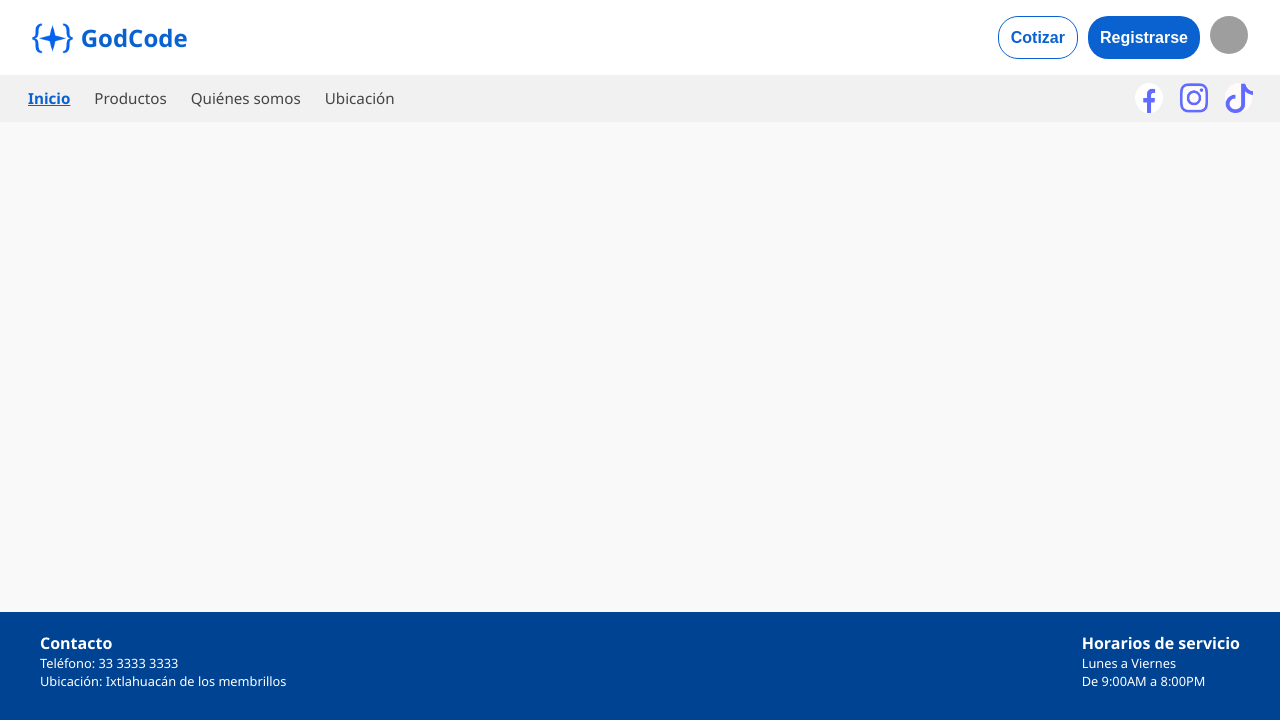
Repository: deDios/God-Code
Page: http://localhost/VIEW/Nosotros.php
An editor plug-in stored every save of this project. The page is shown before and after the next save, followed by the edit.
The browser window is 1280 px wide. The pictures show the whole page.
Pictures or frames that could not be fetched are drawn as grey boxes. The page is run by PHP 8.4 with error messages shown; the project is at /var/www/html/.

Above is the page before, as saved 2025-06-08 10:58:14.
Console error: TypeError: Cannot set properties of null (setting 'innerHTML')

After the next save:
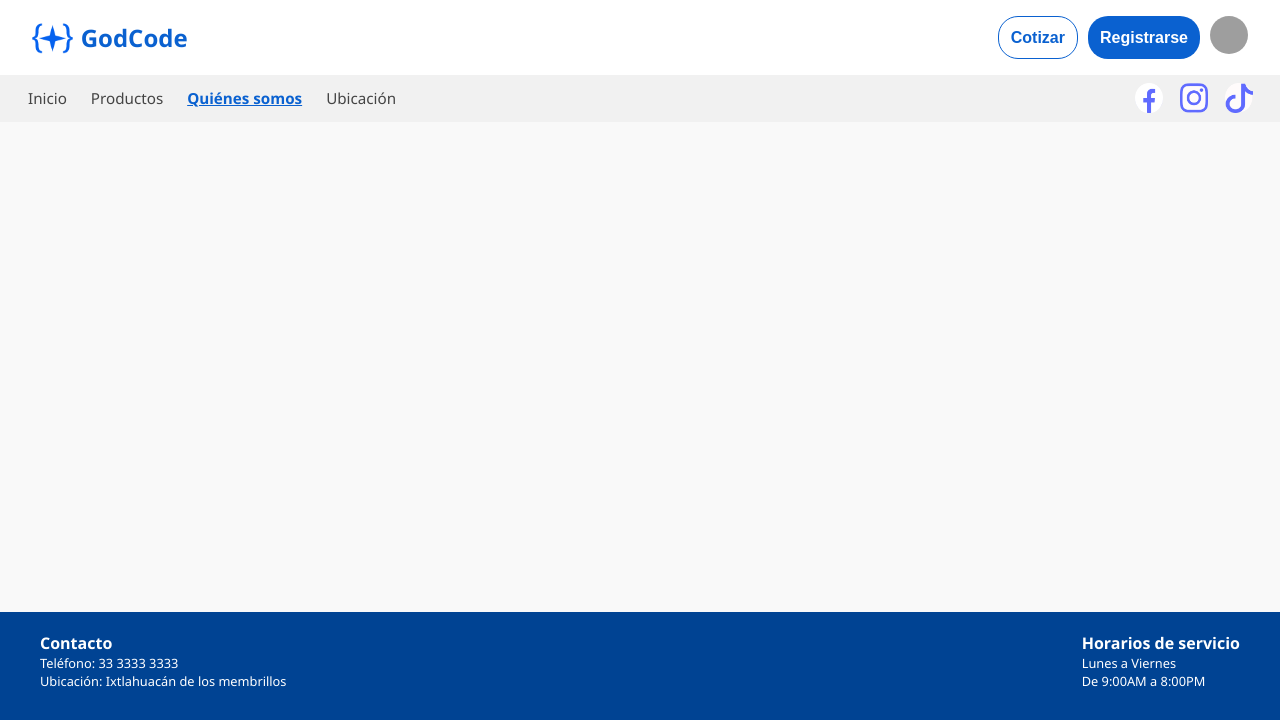
Saved 31 s later.
--- a/VIEW/Nosotros.php
+++ b/VIEW/Nosotros.php
@@ -51,9 +51,9 @@
         </div>
         <!-- Barra de navegación pequeña -->
         <div id="mobile-menu" class="subnav">
-            <a href="#" class="active">Inicio</a>
+            <a href="#">Inicio</a>
             <a href="#">Productos</a>
-            <a href="#">Quiénes somos</a>
+            <a href="#" class="active">Quiénes somos</a>
             <a href="#">Ubicación</a>
 
             <div class="social-icons">
